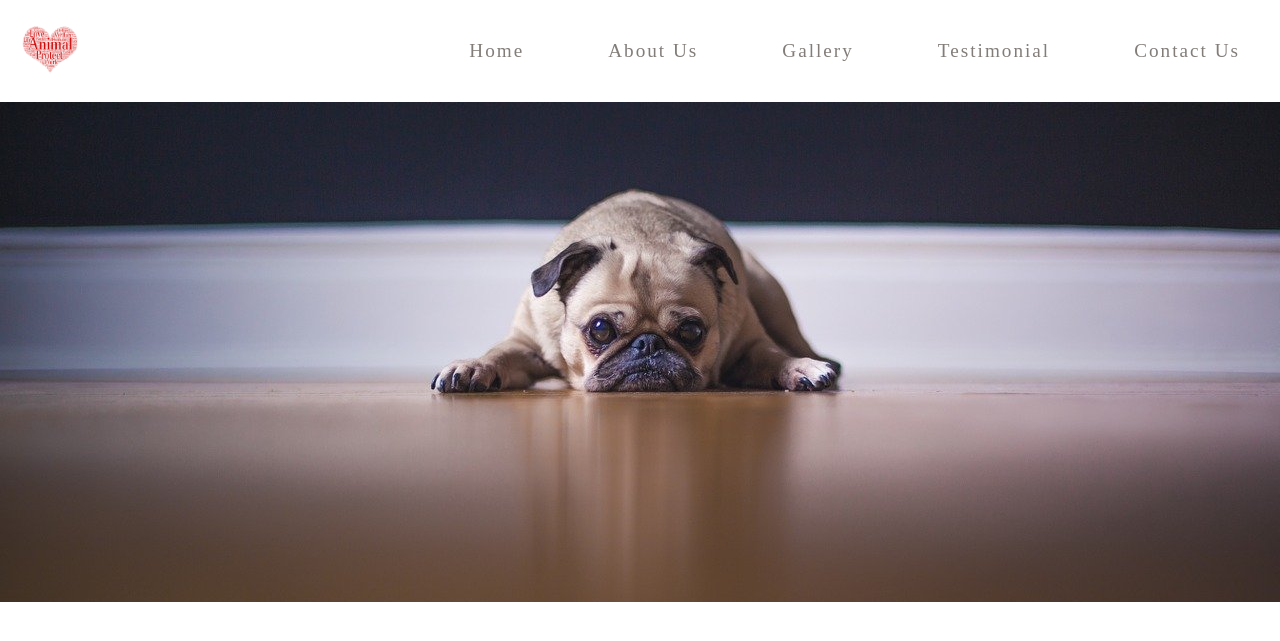
Repository: 4forces/HTML-CSS-LESSON
Page: lesson5-mobile-responsive/mobile.html
The author's editor kept a record of every edit. The page is drawn from the files as they stood at one moment, then again after the next edit.
The browser window is 1280 px wide. The pictures show the whole page.
Some web libraries are served in a nearby version.

Above is the page before.

After the next edit:
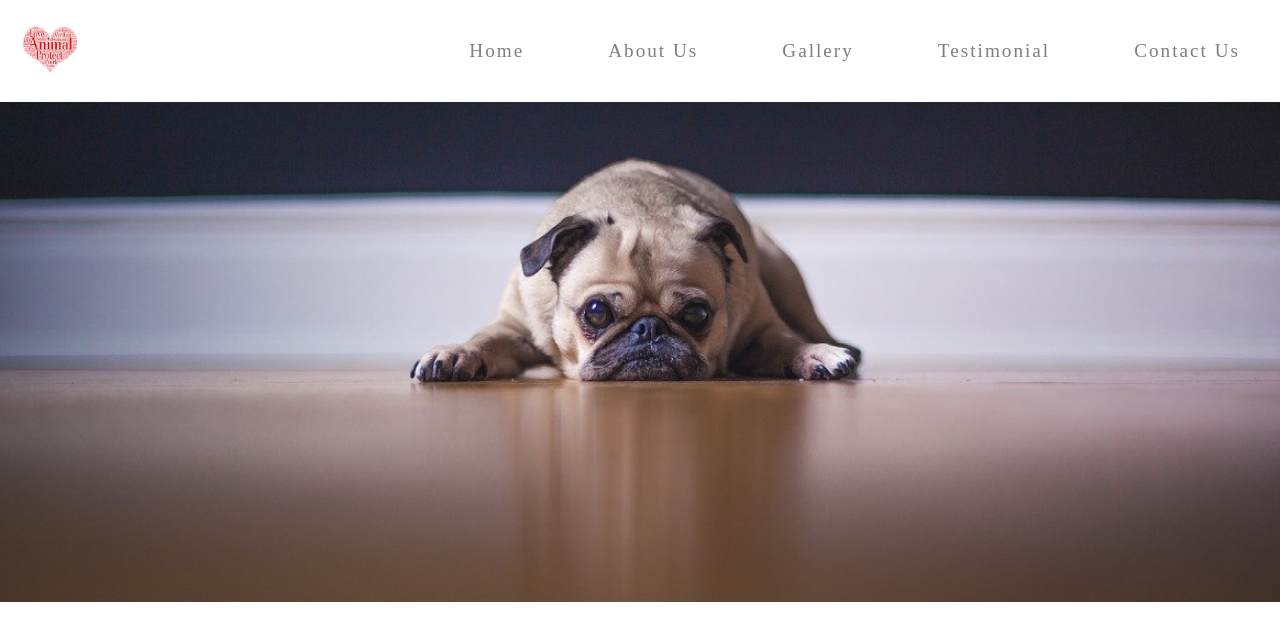
The edit:
--- a/lesson5-mobile-responsive/styles/mobile.css
+++ b/lesson5-mobile-responsive/styles/mobile.css
@@ -37,7 +37,7 @@
     background-size: cover;
     background-position: top;
 
-    /*animation-name: zoom;*/
+    animation-name: zoom;
     animation-duration: 2s;
     animation-fill-mode: forwards;
 
